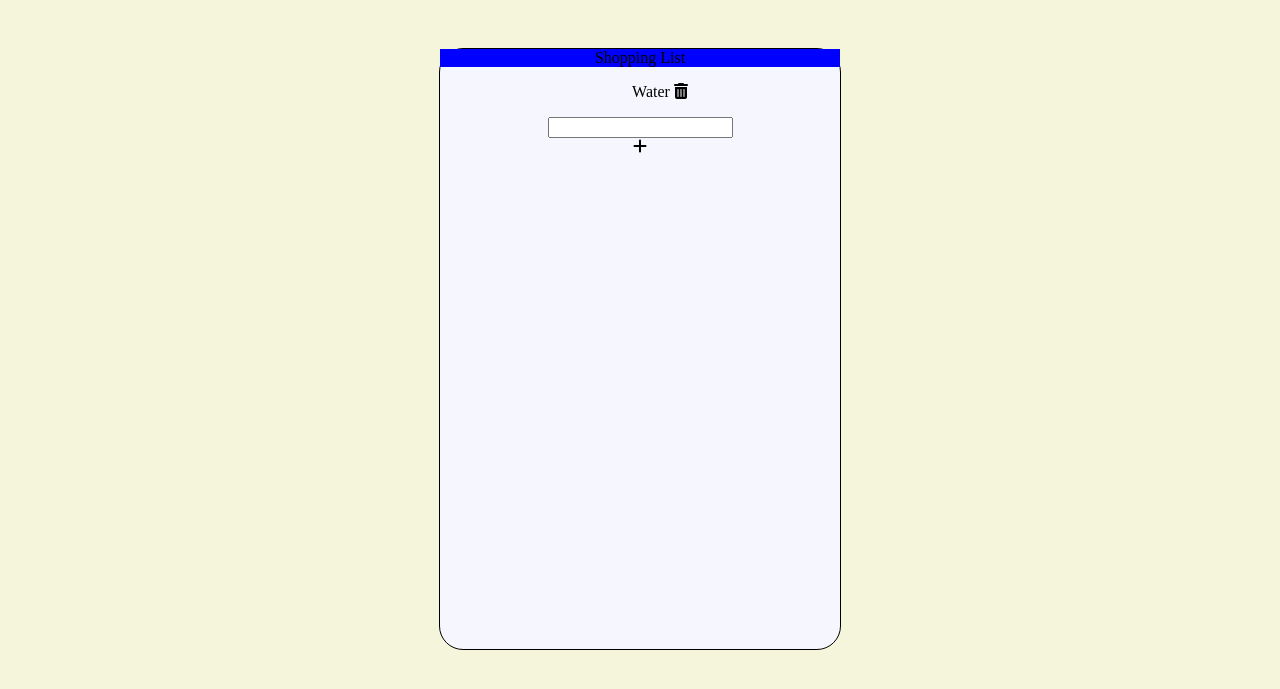
Repository: keehoonjung/Shopping-list
Page: index.html
An editor plug-in stored every save of this project. The page is shown before and after a run of saves, followed by the edit.
The browser window is 1280 px wide. The pictures show the whole page.
Some web libraries are served in a nearby version.

Above is the page before, as saved 2021-08-07 17:23:35.

After the next 2 saves:
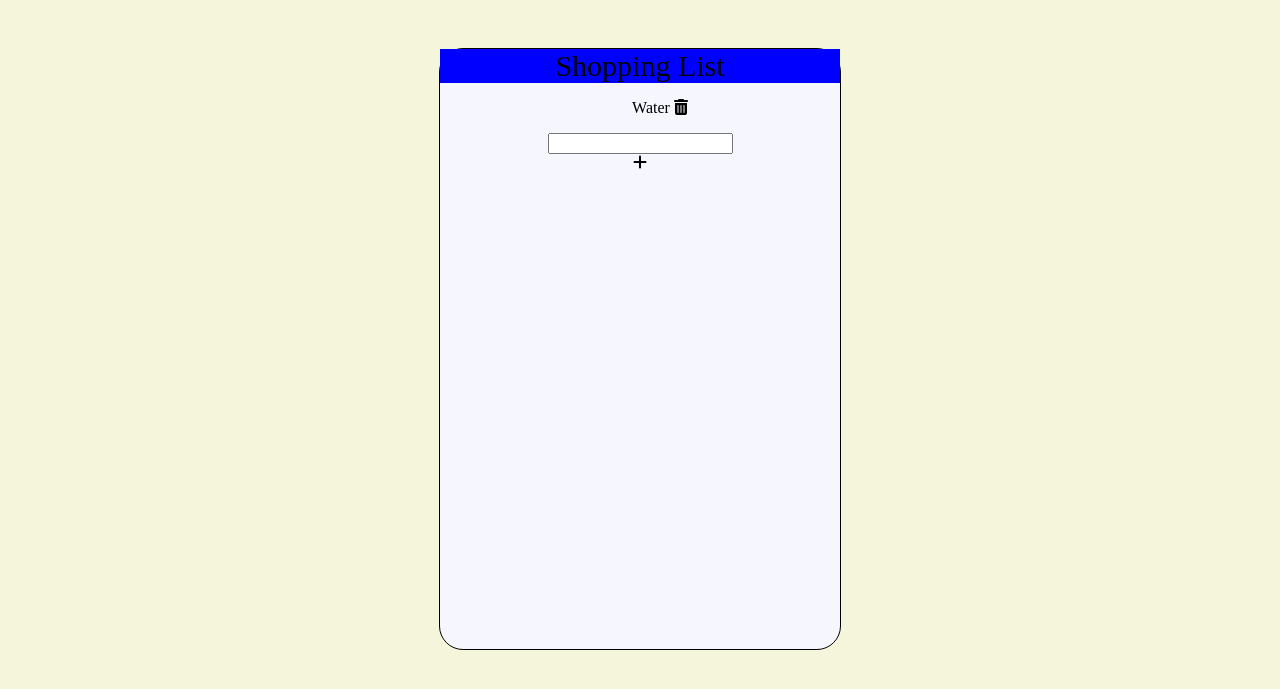
The 2 saves are shown as one change because they came seconds apart.
The last was saved 14 s later.
--- a/style.css
+++ b/style.css
@@ -19,5 +19,5 @@
 
 .header {
   background-color: blue;
-  width: 100%;
+  font-size: 30px;
 }
